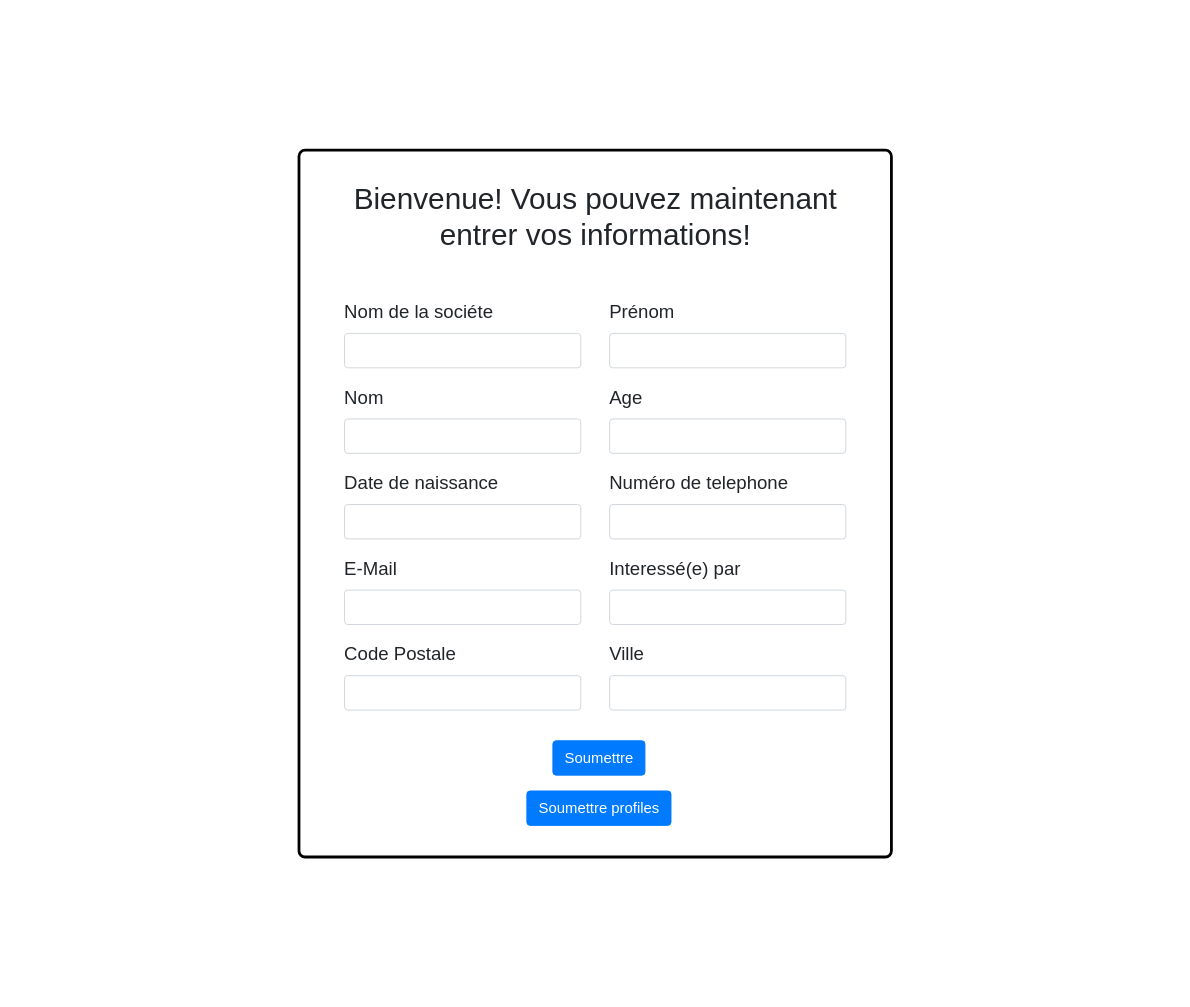
Repository: Aminox84/frontend-main
Page: /
An editor plug-in stored every save of this project. The page is shown before and after the next save, followed by the edit.
The browser window is 1280 px wide. The pictures show the whole page, at 93% of full size.
The page's requests for data from a server got no answer. The project was rebuilt for these pictures with package versions that can differ from the ones it lists, and the page was loaded fresh each time. No one was signed in, and anything a server would have sent is missing.

Above is the page before, as saved 2022-12-30 21:29:27.

After the next save:
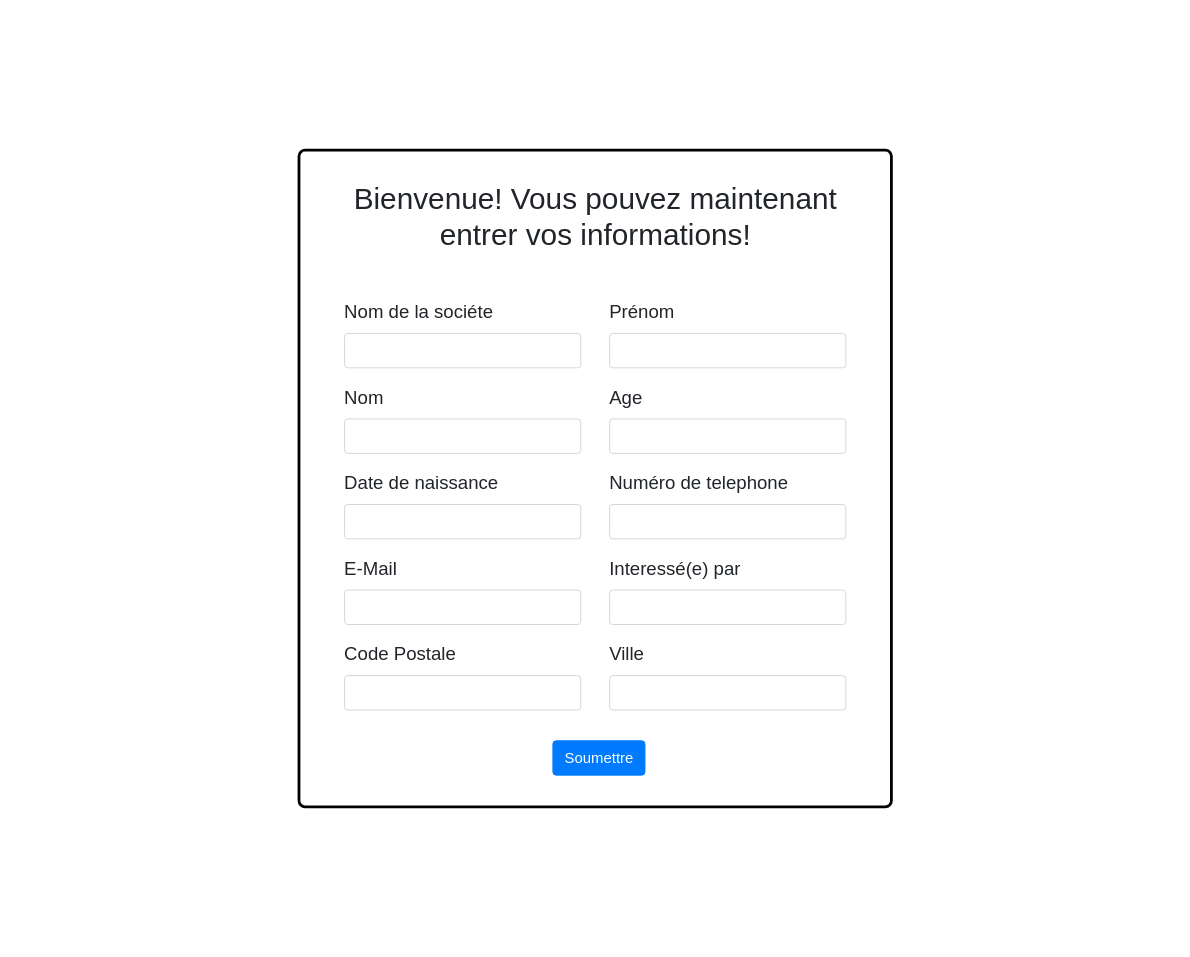
Saved 2 min 1 s later.
--- a/src/userForm.tsx
+++ b/src/userForm.tsx
@@ -86,6 +86,8 @@
        console.log(id)
       })
 
+  handleSubmitPartOne()
+
   }
 
   const labelFontSize = { fontSize: '20px' }
@@ -257,15 +259,6 @@
             Soumettre
           </button>
         </div>
-        <div className="d-flex justify-content-center mt-3">
-          <button
-            onClick={handleSubmitPartOne}
-            type="button"
-            className="btn btn-primary ml-2"
-          >
-            Soumettre profiles
-          </button>
-        </div>
       </div>
     </>
   )

After the save that followed:
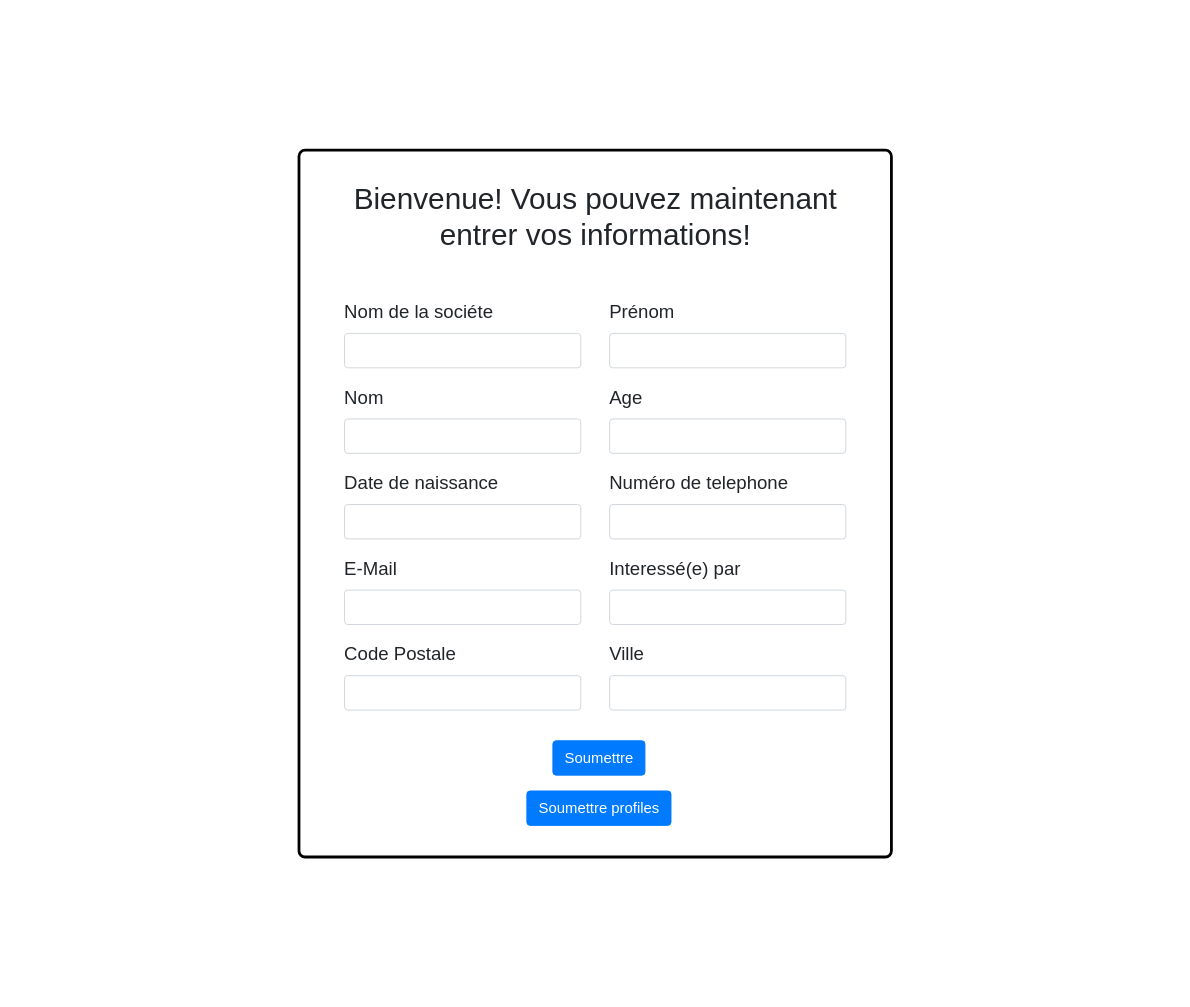
Saved 38 s later.
--- a/src/userForm.tsx
+++ b/src/userForm.tsx
@@ -86,8 +86,6 @@
        console.log(id)
       })
 
-  handleSubmitPartOne()
-
   }
 
   const labelFontSize = { fontSize: '20px' }
@@ -259,6 +257,15 @@
             Soumettre
           </button>
         </div>
+        <div className="d-flex justify-content-center mt-3">
+          <button
+            onClick={handleSubmitPartOne}
+            type="button"
+            className="btn btn-primary ml-2"
+          >
+            Soumettre profiles
+          </button>
+        </div>
       </div>
     </>
   )
